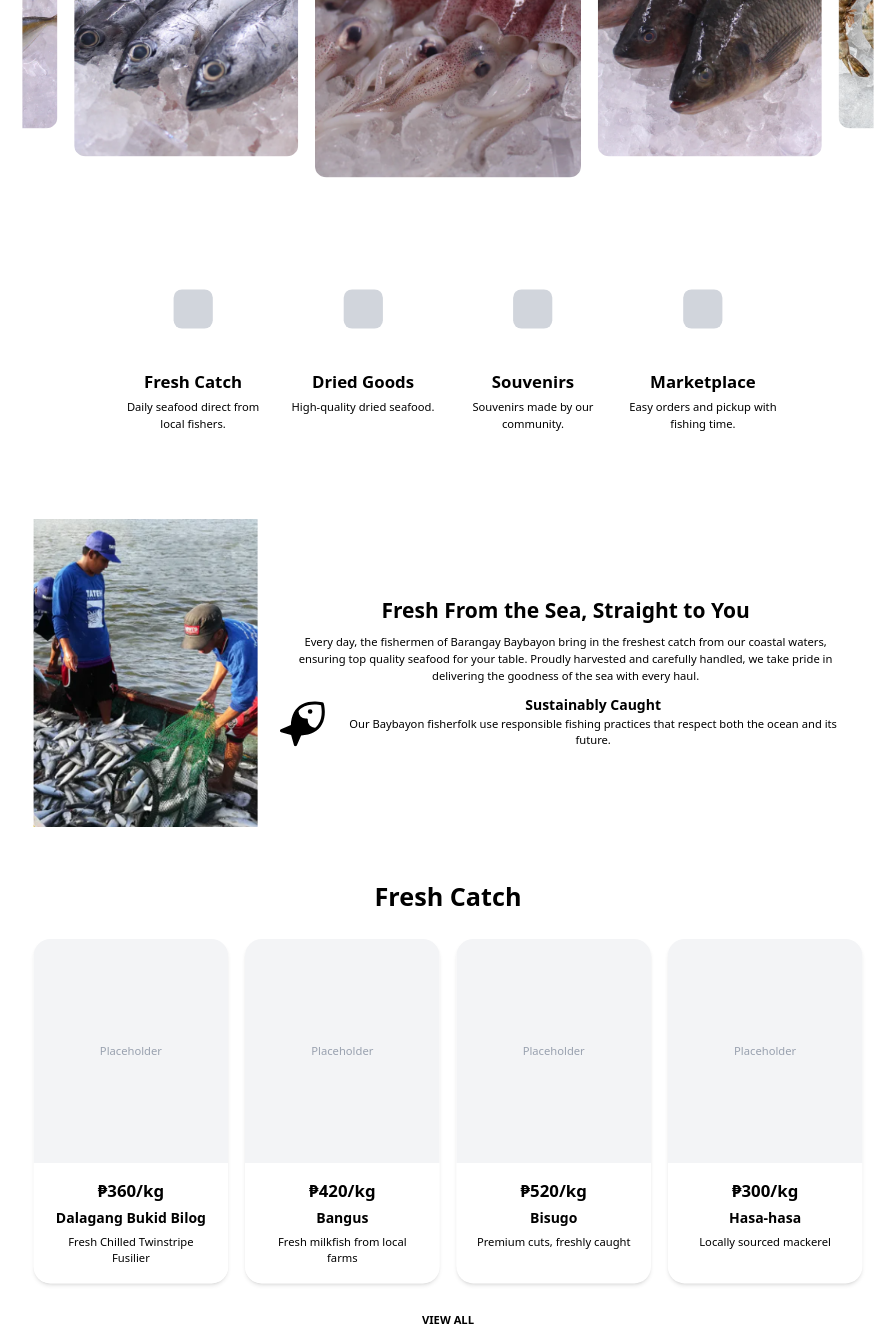
Repository: Coast2Card/coast2cart-frontend
Page: /
These files come from the project's save history. The page is drawn as it stood at one moment and after the next save; the edit follows.
The browser window is 1280 px wide. The pictures show the part of the page from y = 859 to 2779 px (the page is 2945 px tall), at 70% of full size.
The project was rebuilt for these pictures with package versions that can differ from the ones it lists, and the page was loaded fresh each time. Also part of the build but not shown: vite.config.js, src/pages/Seafood.jsx, src/pages/Souvenirs.jsx, src/pages/About.jsx, src/pages/Cart.jsx, src/pages/Profile.jsx, src/pages/Colors.jsx.

Above is the page before, as saved 2025-09-07 15:46:46.

### index.html
<!DOCTYPE html>
<html lang="en" data-theme="coast2cart">
  <head>
    <meta charset="UTF-8" />
    <!-- <link rel="icon" type="image/svg+xml" href="/vite.svg" /> -->
    <meta name="viewport" content="width=device-width, initial-scale=1.0" />
    <title>Coast2Cart</title>
  </head>
  <body>
    <div id="root"></div>
    <script type="module" src="/src/main.jsx"></script>
  </body>
</html>

### src/App.jsx
import { Routes, Route } from "react-router-dom";
import Layout from "./components/Layout";
import Home from "./pages/Home";
import Seafood from "./pages/Seafood";
import Souvenirs from "./pages/Souvenirs";
import About from "./pages/About";
import Cart from "./pages/Cart";
import Profile from "./pages/Profile";
import Colors from "./pages/Colors";
import "./App.css";

function App() {
  return (
    <Routes>
      {/* Routes with shared layout */}
      <Route path="/" element={<Layout />}>
        <Route index element={<Home />} />
        <Route path="seafood" element={<Seafood />} />
        <Route path="souvenirs" element={<Souvenirs />} />
        <Route path="about" element={<About />} />
        <Route path="cart" element={<Cart />} />
        <Route path="profile" element={<Profile />} />
        <Route path="colors" element={<Colors />} />
      </Route>
    </Routes>
  );
}

export default App;

### src/components/Layout.jsx
import { Outlet } from "react-router-dom";
import Navbar from "./Navbar";

const Layout = () => {
  return (
    <div className="min-h-screen bg-base-200">
      {/* Navigation Header */}
      <Navbar />

      {/* Main Content */}
      <main className=" mx-auto  ">
        <Outlet />
      </main>

      {/* Footer */}
      <footer className="bg-base-100 border-t border-base-300 mt-auto">
        <div className="max-w-7xl mx-auto py-4 px-4 sm:px-6 lg:px-8">
          <p className="text-center text-base-content/70 text-sm">
            © 2024 Coast2Cart. All rights reserved.
          </p>
        </div>
      </footer>
    </div>
  );
};

export default Layout;

### src/pages/Home.jsx
import homeBanner from "../assets/images/home_banner.jpg";
import baybayonLogo from "../assets/logos/c2c_white_transparent.png";
import fish1 from "../assets/images/home_fish1.png";
import fish2 from "../assets/images/home_fish2.png";
import fish3 from "../assets/images/home_fish3.png";
import fish4 from "../assets/images/home_fish4.png";
import fish5 from "../assets/images/home_fish5.png";
import HomeFeatures from "../components/home/HomeFeatures";
import HomeFreshCatch from "../components/home/HomeFreshCatch";
import HomeGallery from "../components/home/HomeGallery";
const Home = () => {
  return (
    <main className="relative overflow-x-hidden">
      {/* Home Banner */}
      <section className="w-full h-[70vh] md:h-185 relative">
        <img
          src={homeBanner}
          alt="Home Banner"
          className="w-full h-full object-cover relative z-4"
          onError={(e) => {
            console.log("Image failed to load:", homeBanner);
            e.target.style.display = "none";
          }}
          onLoad={() => console.log("Image loaded successfully:", homeBanner)}
        />

        <div className="absolute inset-0 bg-black opacity-60 z-10"></div>

        <div className="absolute inset-0 z-20 flex items-start py-20 justify-center">
          <div className="text-center text-white">
            <h1 className="text-xl sm:text-2xl lg:text-3xl font-extrabold font-display mb-[-30px] sm:mb-[-30px] md:mb-[-35px] lg:mb-[-47px]">
              Sea the best of Baybayon, from
            </h1>
            <img
              className="w-6/8 sm:w-5/8 md:4/8 lg:3/8 max-w-270 h-auto mx-auto "
              src={baybayonLogo}
            />
            <button className="mt-[-10px] bg-secondary text-primary uppercase px-6 py-2 rounded-full text-md sm:text-lg font-semibold hover:bg-secondary/90 transition-colors">
              Shop Now
            </button>
          </div>
        </div>
      </section>
      <section className=" relative overflow-hidden w-[140vw] flex items-center justify-center gap-6 mb-25   z-30 -mt-61 sm:-mt-60 left-1/2 -translate-x-1/2">
        <img
          src={fish1}
          alt="Fish 1"
          className="min-w-60 sm:w-65 h-90 object-cover rounded-2xl"
        />
        <img
          src={fish2}
          alt="Fish 2"
          className="min-w-65 h-85 sm:w-80 sm:h-110 object-cover rounded-2xl"
        />
        <img
          src={fish3}
          alt="Fish 3"
          className="min-w-75 h-115 sm:w-95 sm:h-125 object-cover rounded-2xl"
        />
        <img
          src={fish4}
          alt="Fish 4"
          className="min-w-65 h-90 sm:w-80 sm:h-110 object-cover rounded-2xl"
        />
        <img
          src={fish5}
          alt="Fish 5"
          className="min-w-60 sm:w-65 h-90 object-cover rounded-2xl"
        />
      </section>
      <section className="max-w-8xl mx-auto p-4 flex flex-col">
        <HomeFeatures className="mb-25" />
        <HomeGallery />
        <HomeFreshCatch />
      </section>
    </main>
  );
};

export default Home;

### src/components/Navbar.jsx
import { Link, useLocation } from "react-router-dom";
import { useState } from "react";
import { navLinks } from "../data/navigation";
import c2cLogo from "../assets/logos/c2c_transparent.png";
import searchIcon from "../assets/icons/search.png";
import cartIcon from "../assets/icons/cart.png";
import profileIcon from "../assets/icons/profile.png";
import commentIcon from "../assets/icons/comment.png";
const Navbar = () => {
  const location = useLocation();
  const [isMobileMenuOpen, setIsMobileMenuOpen] = useState(false);

  const isActive = (path) => {
    return location.pathname === path;
  };

  const toggleMobileMenu = () => {
    setIsMobileMenuOpen(!isMobileMenuOpen);
  };

  const closeMobileMenu = () => {
    setIsMobileMenuOpen(false);
  };

  return (
    <nav className="bg-base-300 shadow-lg py-2 sticky top-0 z-50">
      <div className="mx-auto px-6 sm:px-6 lg:px-8">
        <div className="flex justify-between h-16">
          <div className="flex items-center">
            <Link to="/" className="flex-shrink-0">
              <img src={c2cLogo} alt="Coast2Cart" className="h-17" />
            </Link>
          </div>

          {/* Desktop Navigation */}
          <div className="hidden md:flex items-center space-x-8">
            {navLinks.map((link) => (
              <Link
                key={link.path}
                to={link.path}
                className={`px-3 py-2 rounded-md text-md font-bold transition-colors ${
                  isActive(link.path)
                    ? " text-accent after:content-[''] after:block after:w-full after:h-0.5 after:bg-accent after:rounded-full"
                    : "text-black hover:text-primary hover:bg-base-200"
                }`}
              >
                {link.label}
              </Link>
            ))}
          </div>

          {/* Desktop Icons - Hidden on mobile */}
          <div className="hidden md:flex items-center gap-4 lg:gap-6">
            <img
              src={searchIcon}
              alt="Search"
              className="h-5 w-5 lg:h-5.5 lg:w-5.5 hover:cursor-pointer hover:opacity-60 transition-opacity duration-300"
            />
            <img
              src={commentIcon}
              alt="Comment"
              className="h-5 w-5 lg:h-5.5 lg:w-5.5 hover:cursor-pointer hover:opacity-60 transition-opacity duration-300"
            />
            <img
              src={cartIcon}
              alt="Cart"
              className="h-5 w-5 lg:h-5.5 lg:w-5.5 hover:cursor-pointer hover:opacity-60 transition-opacity duration-300"
            />
            <img
              src={profileIcon}
              alt="Profile"
              className="h-5 w-5 lg:h-5.5 lg:w-5.5 hover:cursor-pointer hover:opacity-60 transition-opacity duration-300"
            />
          </div>

          {/* Mobile menu button */}
          <div className="md:hidden flex items-center">
            <button
              onClick={toggleMobileMenu}
              className="inline-flex items-center justify-center p-2 rounded-md text-base-content hover:text-primary hover:bg-base-200 focus:outline-none focus:ring-2 focus:ring-inset focus:ring-primary"
              aria-expanded="false"
            >
              <span className="sr-only">Open main menu</span>
              {!isMobileMenuOpen ? (
                <svg
                  className="block h-6 w-6"
                  xmlns="http://www.w3.org/2000/svg"
                  fill="none"
                  viewBox="0 0 24 24"
                  stroke="currentColor"
                  aria-hidden="true"
                >
                  <path
                    strokeLinecap="round"
                    strokeLinejoin="round"
                    strokeWidth="2"
                    d="M4 6h16M4 12h16M4 18h16"
                  />
                </svg>
              ) : (
                <svg
                  className="block h-6 w-6"
                  xmlns="http://www.w3.org/2000/svg"
                  fill="none"
                  viewBox="0 0 24 24"
                  stroke="currentColor"
                  aria-hidden="true"
                >
                  <path
                    strokeLinecap="round"
                    strokeLinejoin="round"
                    strokeWidth="2"
                    d="M6 18L18 6M6 6l12 12"
                  />
                </svg>
              )}
            </button>
          </div>
        </div>
      </div>

      {/* Mobile Navigation Menu */}
      <div className={`md:hidden ${isMobileMenuOpen ? "block" : "hidden"}`}>
        <div className="px-2 pt-2 pb-3 space-y-1 sm:px-3 bg-base-100 border-t border-base-300">
          {navLinks.map((link) => (
            <Link
              key={link.path}
              to={link.path}
              onClick={closeMobileMenu}
              className={`block px-3 py-2 rounded-md text-base font-medium transition-colors ${
                isActive(link.path)
                  ? "bg-primary text-primary-content"
                  : "text-base-content hover:text-primary hover:bg-base-200"
              }`}
            >
              {link.label}
            </Link>
          ))}

          {/* Mobile Icons */}
          <div className="flex items-center justify-center gap-6 pt-4 border-t border-base-300 mt-4">
            <img
              src={searchIcon}
              alt="Search"
              className="h-6 w-6 hover:cursor-pointer hover:opacity-60 transition-opacity duration-300"
            />
            <img
              src={commentIcon}
              alt="Comment"
              className="h-6 w-6 hover:cursor-pointer hover:opacity-60 transition-opacity duration-300"
            />
            <img
              src={cartIcon}
              alt="Cart"
              className="h-6 w-6 hover:cursor-pointer hover:opacity-60 transition-opacity duration-300"
            />
            <img
              src={profileIcon}
              alt="Profile"
              className="h-6 w-6 hover:cursor-pointer hover:opacity-60 transition-opacity duration-300"
            />
          </div>
        </div>
      </div>
    </nav>
  );
};

export default Navbar;

### src/components/home/HomeFeatures.jsx
import cartIcon from "../../assets/icons/cart.png";
import commentIcon from "../../assets/icons/comment.png";
import profileIcon from "../../assets/icons/profile.png";
import searchIcon from "../../assets/icons/search.png";

const features = [
  {
    icon: cartIcon,
    title: "Fresh Catch",
    description: "Daily seafood direct from local fishers.",
  },
  {
    icon: searchIcon,
    title: "Dried Goods",
    description: "High-quality dried seafood.",
  },
  {
    icon: commentIcon,
    title: "Souvenirs",
    description: "Souvenirs made by our community.",
  },
  {
    icon: profileIcon,
    title: "Marketplace",
    description: "Easy orders and pickup with fishing time.",
  },
];

const HomeFeatures = ({ className = "" }) => {
  return (
    <article className={` mx-auto w-full ${className}`}>
      <section className="grid grid-cols-1 sm:grid-cols-2 space-y-6 lg:grid-cols-4 gap-6 sm:w-[95%] lg:w-[90%] xl:w-[80%] mx-auto">
        {features.map((item, index) => (
          <div
            key={index}
            className="flex flex-col items-center justify-start gap-2"
          >
            <div className="bg-accent mb-2 p-11 sm:p-11 flex justify-center items-center rounded-full">
              <div className="bg-gray-300 rounded-xl p-1 h-14 w-14"></div>
            </div>
            <h3 className="text-2xl font-bold text-primary">{item.title}</h3>
            <h3 className="text-md text-center">{item.description}</h3>
          </div>
        ))}
      </section>
    </article>
  );
};

export default HomeFeatures;

### src/components/home/HomeFreshCatch.jsx
const freshCatchItems = [
  {
    id: 1,
    price: "₱360/kg",
    name: "Dalagang Bukid Bilog",
    description: "Fresh Chilled Twinstripe Fusilier",
    image: null,
  },
  {
    id: 2,
    price: "₱420/kg",
    name: "Bangus",
    description: "Fresh milkfish from local farms",
    image: null,
  },
  {
    id: 3,
    price: "₱520/kg",
    name: "Bisugo",
    description: "Premium cuts, freshly caught",
    image: null,
  },
  {
    id: 4,
    price: "₱300/kg",
    name: "Hasa-hasa",
    description: "Locally sourced mackerel",
    image: null,
  },
];

const HomeFreshCatch = ({ className = "" }) => {
  return (
    <div className={`flex flex-col text-center ${className}`}>
      <h1 className="text-4xl font-bold text-accent mb-10">Fresh Catch</h1>
      <section className="grid grid-cols-1 sm:grid-cols-2 xl:grid-cols-4  gap-6 mb-8">
        {freshCatchItems.map((item) => (
          <div
            key={item.id}
            className="flex flex-col shadow-md overflow-hidden rounded-3xl"
          >
            <div className="bg-gray-100 h-80 flex items-center justify-center text-gray-400">
              Placeholder
            </div>
            <div className="bg-white p-6  flex flex-col gap-2 text-center items-center justify-center">
              <h3 className="text-success text-2xl font-bold">{item.price}</h3>
              <h3 className="text-black font-bold text-xl">{item.name}</h3>
              <p className="text-md">{item.description}</p>
            </div>
          </div>
        ))}
      </section>
      <div className="mb-20">
        <button className="bg-secondary text-primary uppercase px-6 py-2 rounded-full text-md font-semibold hover:bg-secondary/90 transition-colors">
          View All
        </button>
      </div>
    </div>
  );
};

export default HomeFreshCatch;

### src/components/home/HomeGallery.jsx
import React from "react";
import homeGallery1 from "../../assets/images/home_gallery1.png";
import FishIcon from "../icons/FishIcon";
const HomeGallery = () => {
  return (
    <div className="w-full flex gap-4 mb-20 ">
      <div className="flex-1 min-w-80 w-full h-110 ">
        <img src={homeGallery1} className="w-full h-full object-cover  " />
      </div>
      <div className=" flex flex-col min-w-20  p-4 gap-4 justify-center">
        <h2 className="font-bold text-3xl text-primary">
          Fresh From the Sea, Straight to You
        </h2>
        <p className="text-md">
          Every day, the fishermen of Barangay Baybayon bring in the freshest
          catch from our coastal waters, ensuring top quality seafood for your
          table. Proudly harvested and carefully handled, we take pride in
          delivering the goodness of the sea with every haul.
        </p>
        <div className="flex items-start gap-2 text-primary">
          <div className="h-18 w-18 font-bold pt-0.5">
            <FishIcon />
          </div>
          <div className="flex flex-col">
            <h3 className="font-bold text-xl">Sustainably Caught</h3>
            <p className="text-black">
              Our Baybayon fisherfolk use responsible fishing practices that
              respect both the ocean and its future.
            </p>
          </div>
        </div>
      </div>
    </div>
  );
};

export default HomeGallery;

### src/data/navigation.js
// Navigation links data
export const navLinks = [
  { path: "/", label: "Home" },
  { path: "/seafood", label: "Seafood" },
  { path: "/souvenirs", label: "Souvenirs" },
  { path: "/about", label: "About" },
  // { path: "/cart", label: "Cart" },
  // { path: "/profile", label: "Profile" },
  // { path: "/colors", label: "Colors" },
];

### src/components/icons/FishIcon.jsx
import React from "react";

const FishIcon = () => {
  return (
    <div>
      <svg
        xmlns="http://www.w3.org/2000/svg"
        viewBox="0 0 256 256"
        className="text-primary fill-primary"
      >
        <rect width="256" height="256" fill="none" />
        <path d="M168,76a12,12,0,1,1-12-12A12,12,0,0,1,168,76Zm48.72,67.64c-19.37,34.9-55.44,53.76-107.24,56.1l-22,51.41A8,8,0,0,1,80.1,256l-.51,0a8,8,0,0,1-7.19-5.78L57.6,198.39,5.8,183.56a8,8,0,0,1-1-15.05l51.41-22c2.35-51.78,21.21-87.84,56.09-107.22,24.75-13.74,52.74-15.84,71.88-15.18,18.64.64,36,4.27,38.86,6a8,8,0,0,1,2.83,2.83c1.69,2.85,5.33,20.21,6,38.85C232.55,90.89,230.46,118.89,216.72,143.64Zm-4.3-100.07c-14.15-3-64.1-11-100.3,14.75a81.21,81.21,0,0,0-16,15.07,36,36,0,0,0,39.35,38.44,8,8,0,0,1,8.73,8.73,36,36,0,0,0,38.47,39.34,80.81,80.81,0,0,0,15-16C223.42,107.73,215.42,57.74,212.42,43.57Z" />
      </svg>
    </div>
  );
};

export default FishIcon;

Loaded but not shown: src/main.jsx (common file); src/index.css (common file); src/App.css (common file)

After the next save:
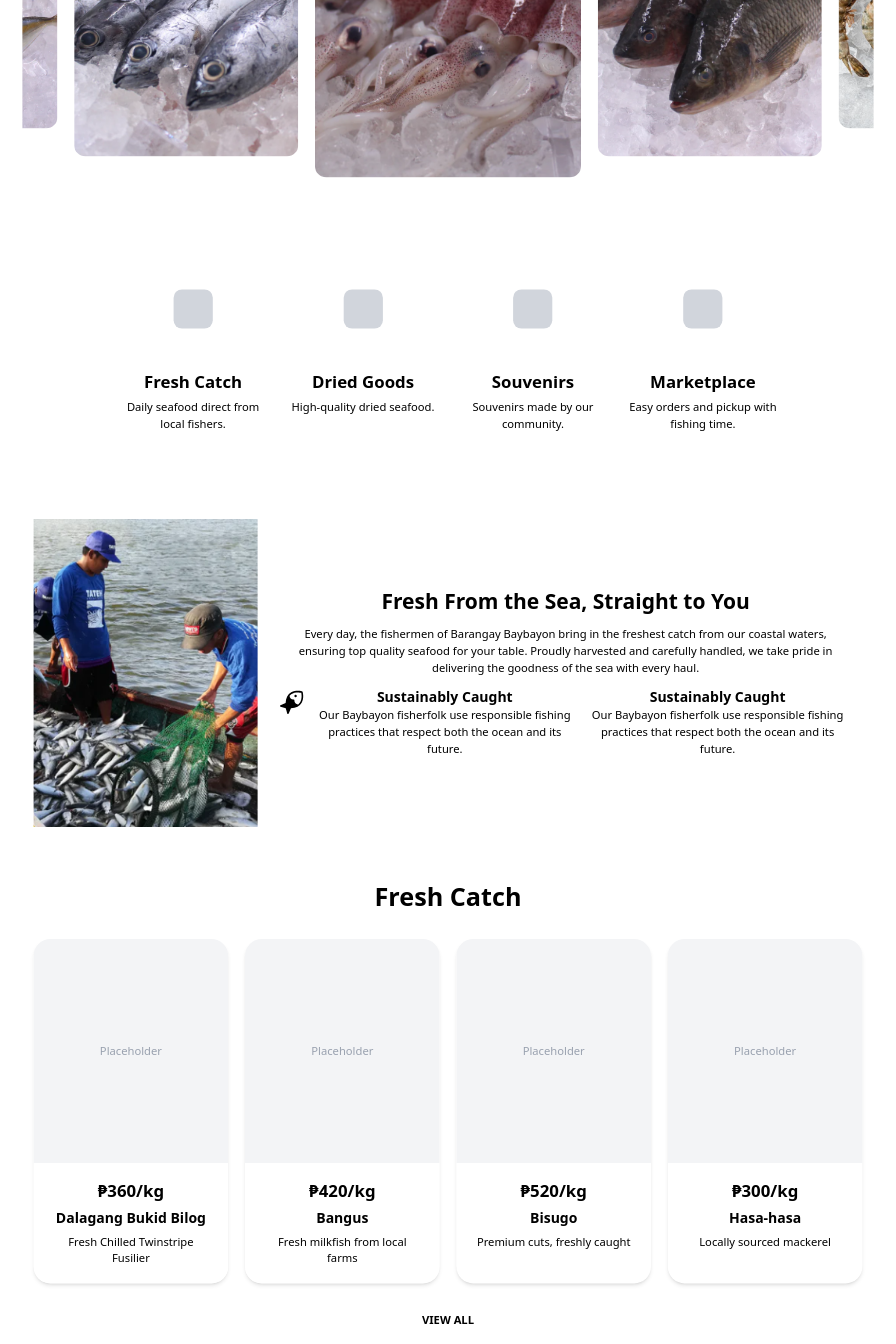
Saved 9 s later.
--- a/src/components/home/HomeGallery.jsx
+++ b/src/components/home/HomeGallery.jsx
@@ -28,6 +28,13 @@
               respect both the ocean and its future.
             </p>
           </div>
+          <div className="flex flex-col">
+            <h3 className="font-bold text-xl">Sustainably Caught</h3>
+            <p className="text-black">
+              Our Baybayon fisherfolk use responsible fishing practices that
+              respect both the ocean and its future.
+            </p>
+          </div>
         </div>
       </div>
     </div>

After the save that followed:
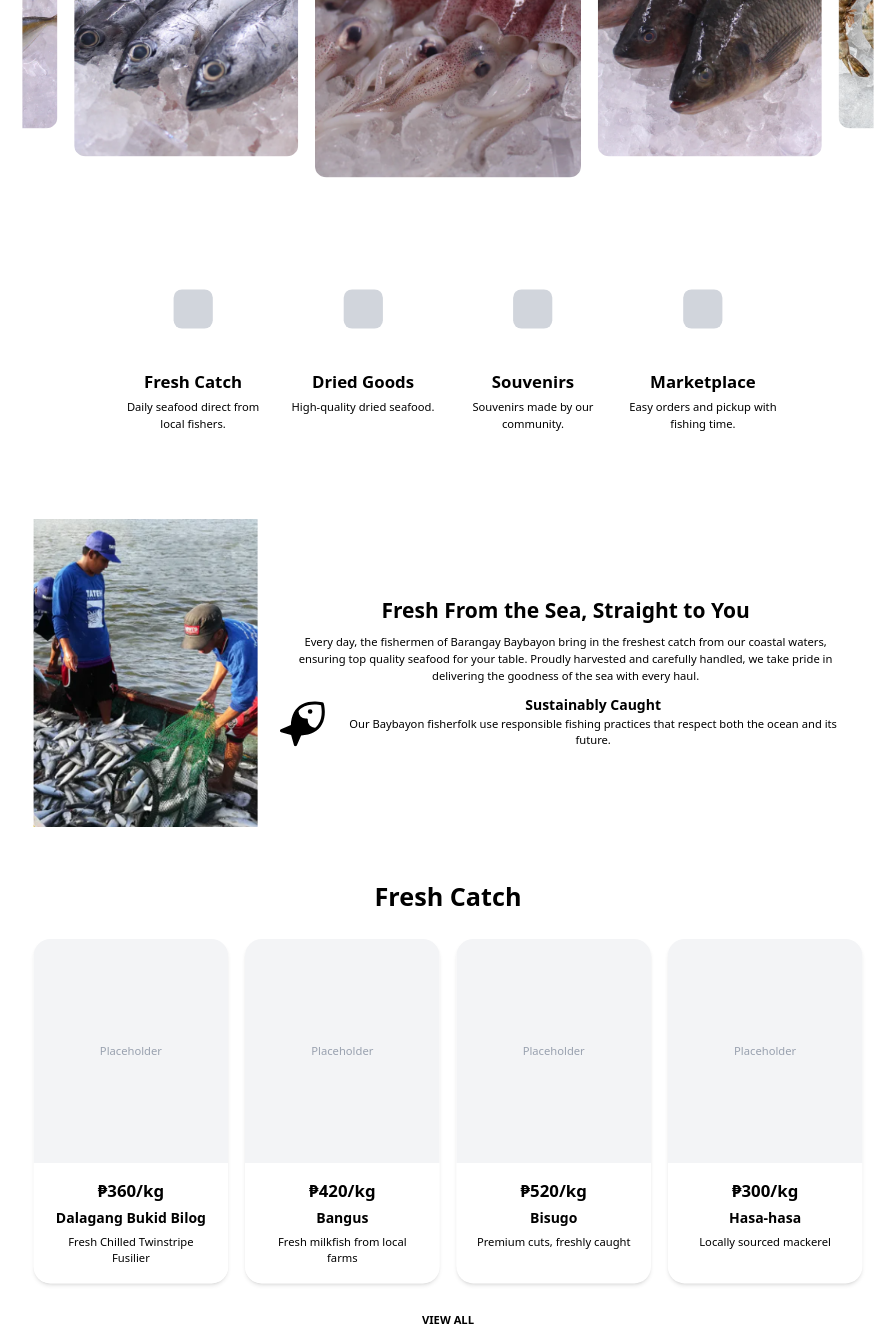
Saved 7 s later.
--- a/src/components/home/HomeGallery.jsx
+++ b/src/components/home/HomeGallery.jsx
@@ -28,13 +28,6 @@
               respect both the ocean and its future.
             </p>
           </div>
-          <div className="flex flex-col">
-            <h3 className="font-bold text-xl">Sustainably Caught</h3>
-            <p className="text-black">
-              Our Baybayon fisherfolk use responsible fishing practices that
-              respect both the ocean and its future.
-            </p>
-          </div>
         </div>
       </div>
     </div>
